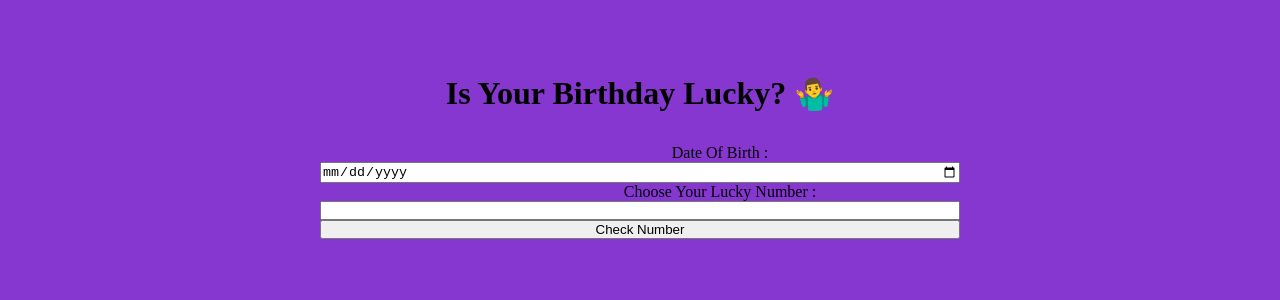
Repository: patelamancode/Lucky-Birthday-App
Page: index.html
These files come from the project's save history. The page is drawn as it stood at one moment and after the next save; the edit follows.
The browser window is 1280 px wide. The pictures show the whole page.

Above is the page before, as saved 2022-11-21 16:57:15.

### index.html
<!DOCTYPE html>
<html lang="en">
<head>
    <meta charset="UTF-8">
    <meta http-equiv="X-UA-Compatible" content="IE=edge">
    <meta name="viewport" content="width=device-width, initial-scale=1.0">
    <link rel="stylesheet" href="index.css">
    <title>Is your birthday lucky</title>
</head>
<body>
    <div id="main-container">
        <h1 class="app-title">Is Your Birthday Lucky? 🤷‍♂️</h1>
        <label for="date-of-birth" class="dob">Date Of Birth :</label>
        <input type="date" class="selected-dob">
        <label for="lucky-number" class="favourite-number">Choose Your Lucky Number :</label>
        <input type="number" class="user-number">
        <button id="check-btn">Check Number</button>
    </div>

</body>
</html>

### index.css
*{
    margin: 0;
    padding: 0;
}
 body{
    background-color: rgb(134, 55, 207);
 }

 #main-container {
    display: flex;
    flex-direction: column;
    width: 50vw;
    margin: auto;
    margin-top: 2rem;
    padding: 10px;
    text-align: center;
 }

 .app-title{
    margin: 2rem;
 }
 label{
    width: 50rem;
 }

After the next save:
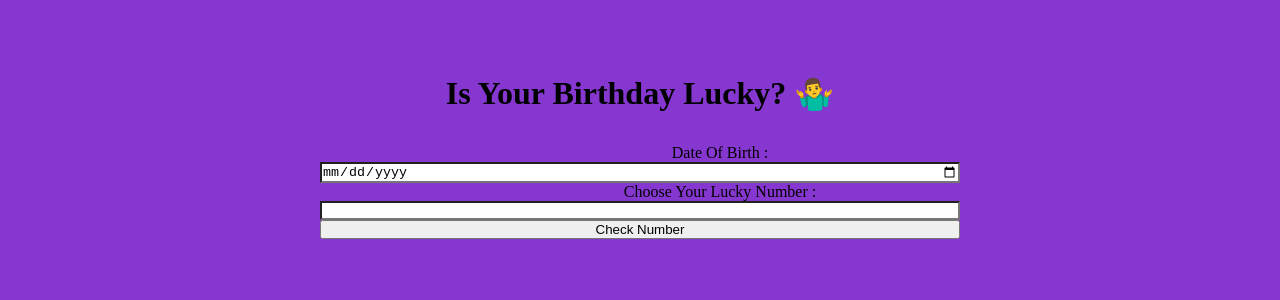
Saved 9 min 31 s later.
--- a/index.css
+++ b/index.css
@@ -22,3 +22,7 @@
  label{
     width: 50rem;
  }
+ input{
+    -webkit-appearance: none;
+    box-shadow: none !important;
+ }
